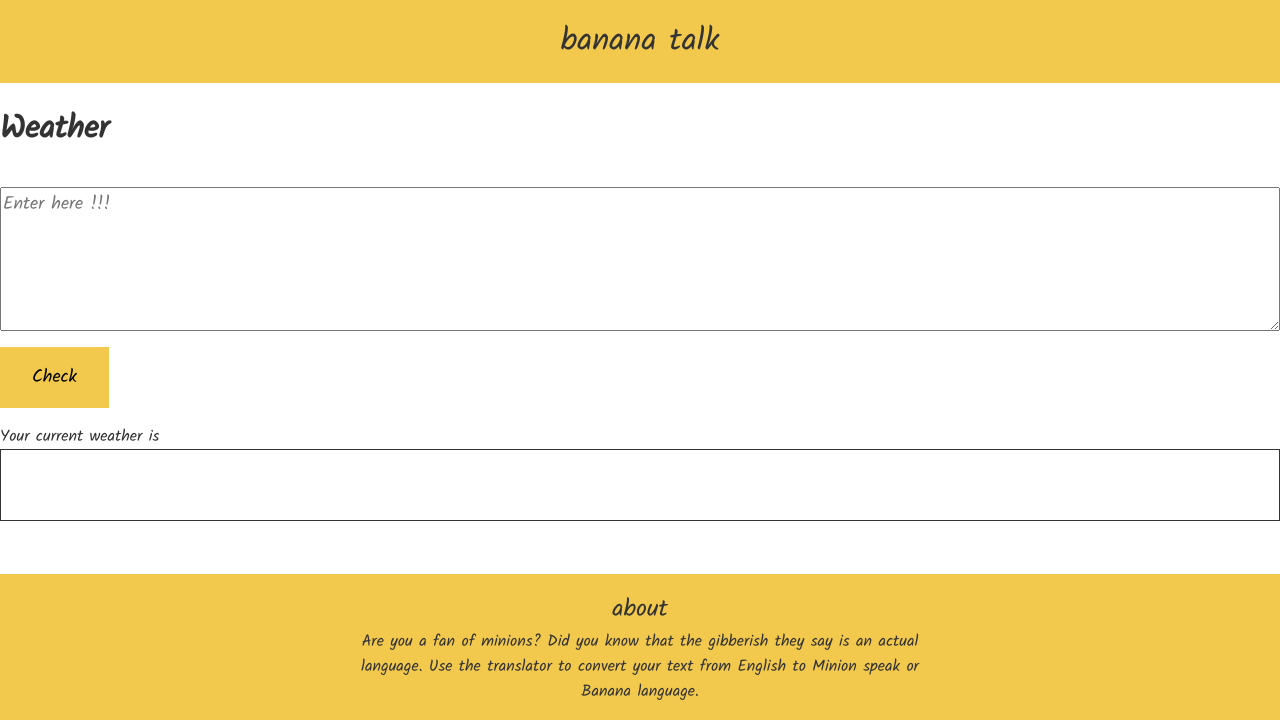
Repository: Irfan-vit/openapi
Page: index.html
These files come from the project's save history. The page is drawn as it stood at one moment and after a run of saves; the edit follows.
The browser window is 1280 px wide. The pictures show the whole page.

Above is the page before, as saved 2021-05-27 23:18:09.

### index.html
<!DOCTYPE html>
<html lang="en">

<head>
    <meta charset="UTF-8">
    <meta http-equiv="X-UA-Compatible" content="IE=edge">
    <meta name="viewport" content="width=device-width, initial-scale=1.0">
    <title>Api</title>
    <link rel="stylesheet" href="style.css">
</head>

<body>

    <nav>
        <div style="font-size: 2rem; padding: 1rem;">
            banana talk
        </div>

    </nav>

    <h1>Weather</h1>

    <textarea name="" id="txt-input" class="t-area" placeholder="Enter here !!!"></textarea>

    <button id="btn-translate">
        Check
    </button>

    <div>Your current weather is</div>

    <div id="output" class="t-area">

    </div>


    <footer>
        <div style="font-size: x-large;">about</div>
        <p>Are you a fan of minions? Did you know that the gibberish they say is an actual language. Use the translator
            to convert your text from English to Minion speak or Banana language.</p>
    </footer>



    <script src="app.js" type="text/javascript"></script>
</body>

</html>

### style.css
@import url('https://fonts.googleapis.com/css2?family=Kalam&display=swap');

* {
    box-sizing: border-box;
}

:root {
    --primary: #F2C94C;
    --black: #333333;
    --width-break:600px
}

body {
    margin: 0;
    font-family: 'Kalam', cursive;
    color: #333333;
}

nav {
    background-color: var(--primary);
    text-align: center;
}

main {
    margin: auto;
    padding: 1rem;
    max-width: var(--width-break);
}

textarea {
    box-sizing: border-box;
    display: block;
    width: 100%;
    min-height: 20vh;
    margin-top: 2rem;
    font-size: large;
    font-family: inherit;
}

button {
    background-color: var(--primary);
    border: none;
    margin: 1rem 0rem;
    padding: 1rem 2rem;
    font-family: 'Kalam', cursive;
    font-size: large;
}


#output {
    box-sizing: border-box;
    width: 100%;
    min-height: 10vh;
    max-height: 20vh;
    overflow:scroll;
    border: 1px solid var(--black);
}

footer {
    position: fixed;
    bottom: 0;
    width: 100%;
    padding: 1rem;
    background-color: var(--primary);
    text-align: center;
}

footer p {
    max-width: var(--width-break);
    margin: auto;
}

### app.js
var btnTranslate = document.querySelector("#btn-translate");
var txtInput = document.querySelector("#txt-input");
var outputDiv = document.querySelector('#output')
var serverURL = "https://api.openweathermap.org/data/2.5/weather?q="
var key = "&appid=49257f6591cfc3ed8daf0b5970d519cb"

function getTranslationURL(text) {
    return serverURL + text + key
}

function errorHandler(error) {
    console.log("error occured", error)
    alert("something went wrong  :  " + error)
}

function clickHandler() {
    // outputDiv.innerText = "translated  " + txtInput.value + "  To : bababbababababababa ";

    var inputText = txtInput.value;

    fetch(getTranslationURL(inputText))
        .then(response => response.json())
        .then(json => {
            var translatedText = "Country : " + json['sys']['country'] + " | tempreature : " + json['main']['temp'] + " | weather : " +  json['weather'][0]['description'] + " | longitude : " + json['coord']['lon'] + " | latitude : " + json['coord']['lat'] + " | wind speed : " + json['wind']['speed'] + " | Wind direction, degrees : " + json['wind']['deg'];
            outputDiv.innerText = translatedText;
            })
    };


btnTranslate.addEventListener("click", clickHandler)

After the next 4 saves:
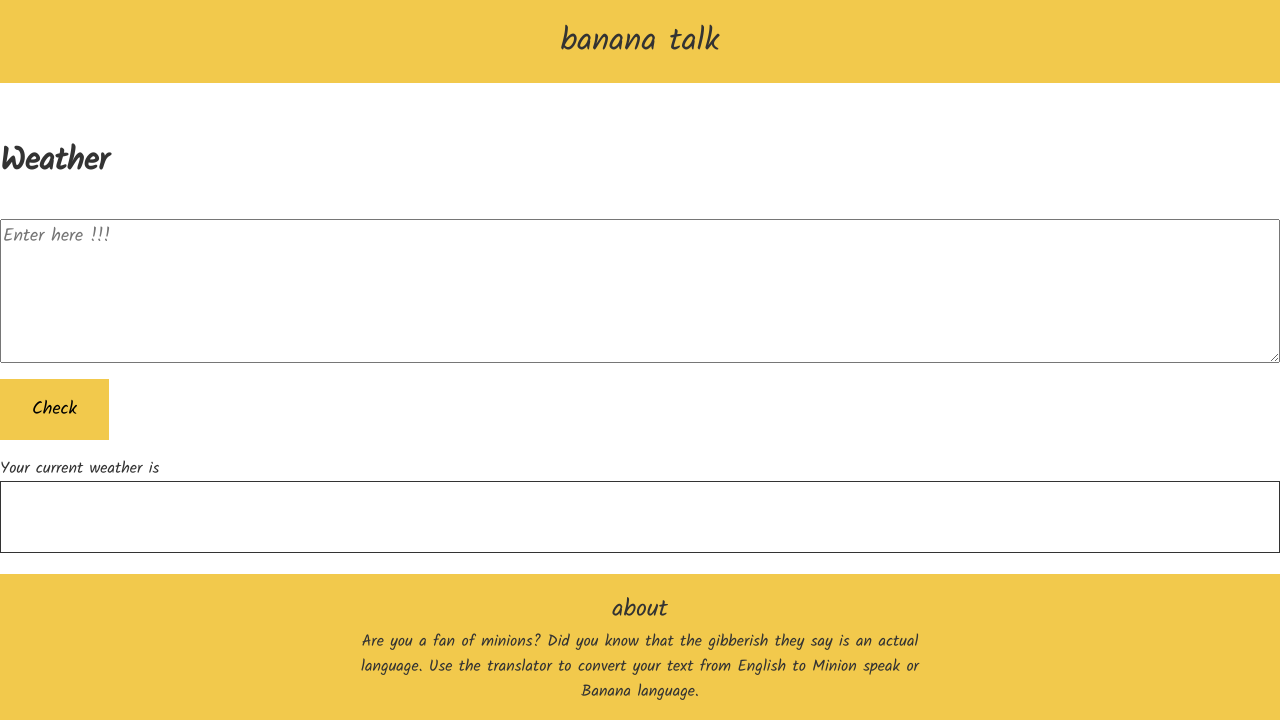
The 4 saves are shown as one change because they came seconds apart.
The last was saved 2 min 7 s later.
--- a/index.html
+++ b/index.html
@@ -17,6 +17,8 @@
         </div>
 
     </nav>
+
+    <main></main>
 
     <h1>Weather</h1>
 
